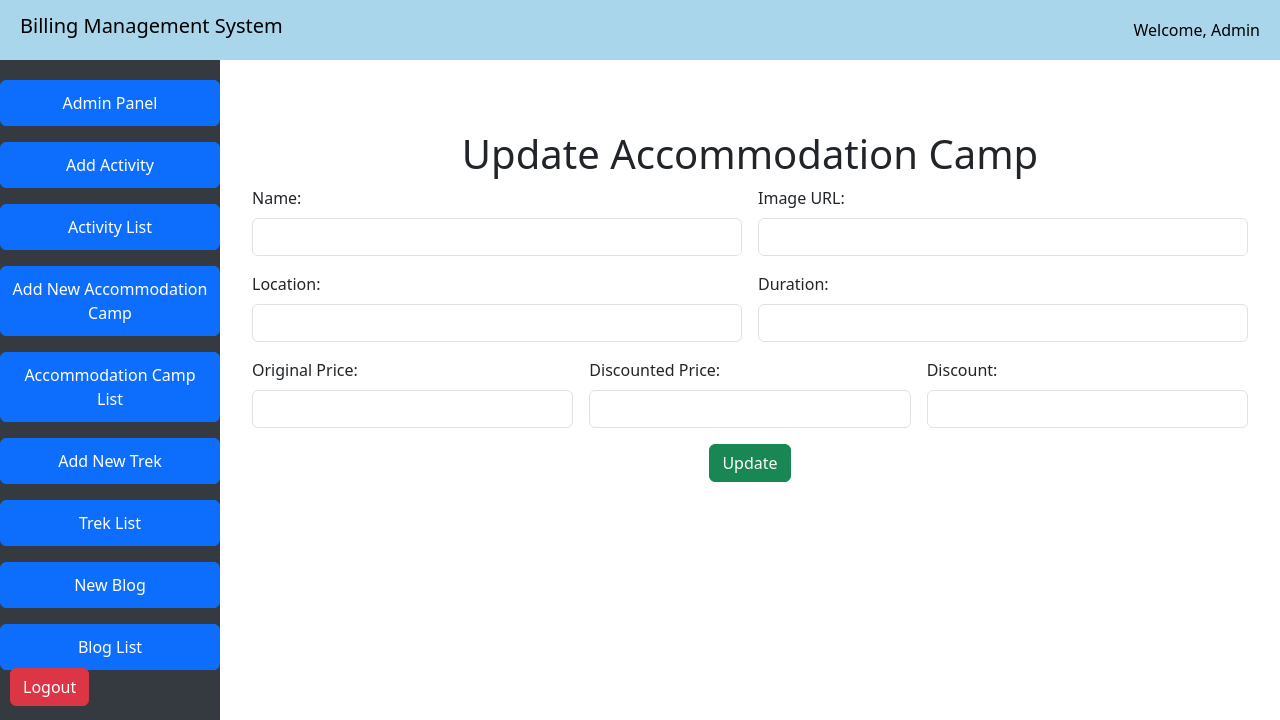
Repository: ruturajsurwase/Thymleaf-Projects
Page: http://localhost/update-accommodationcamp-form
The author's editor kept a copy of each file at every save. The page is drawn from the files as they stood at one save, then again after the next save.
The browser window is 1280 px wide. The pictures show the whole page.
The page is this project's Thymeleaf template; nobody is signed in. The template is opened directly, without the code that normally fills it, so the values that code supplies are empty.

Above is the page before, as saved 2024-12-16 08:43:15.

After the next save:
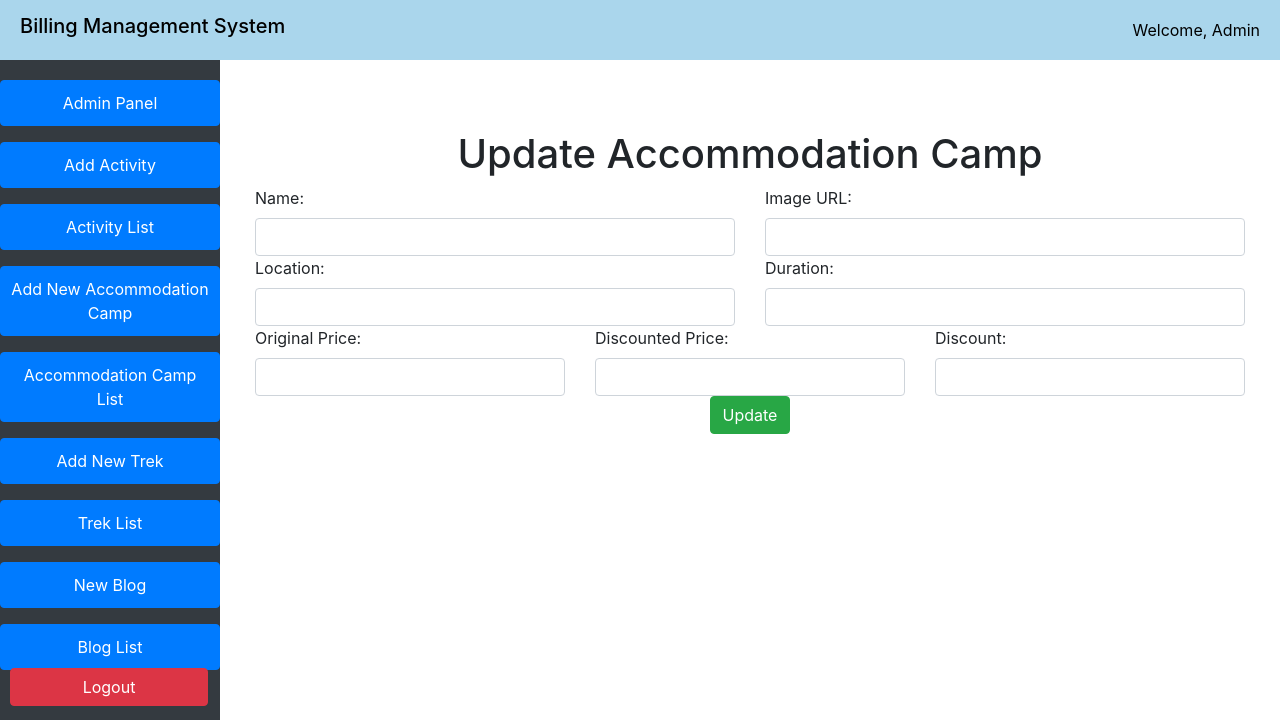
Saved 28 s later.
--- a/WEEKENDFEELS/src/main/resources/templates/update-accommodationcamp-form.html
+++ b/WEEKENDFEELS/src/main/resources/templates/update-accommodationcamp-form.html
@@ -1,90 +1,112 @@
 <!DOCTYPE html>
 <html xmlns:th="http://www.thymeleaf.org">
-
 <head>
-    <title>Update Accommodation Camp</title>
-    <link href="https://cdn.jsdelivr.net/npm/bootstrap@5.3.0-alpha3/dist/css/bootstrap.min.css" rel="stylesheet">
-</head>
+<title>Management System</title>
+<link
+	href="https://maxcdn.bootstrapcdn.com/bootstrap/4.5.2/css/bootstrap.min.css"
+	rel="stylesheet">
 <style>
 .container {
-    margin-top: 30px;
+	margin-top: 30px;
 }
 
 .topbar {
-    width: 100%;
-    height: 60px;
-    background-color: #aad6ec;
-    color: black;
-    position: fixed;
-    top: 0;
-    left: 0;
-    z-index: 1000;
-    display: flex;
-    align-items: center;
-    justify-content: space-between;
-    padding: 0 20px;
+	width: 100%;
+	height: 60px;
+	background-color: #aad6ec;
+	color: black;
+	position: fixed;
+	top: 0;
+	left: 0;
+	z-index: 1000;
+	display: flex;
+	align-items: center;
+	justify-content: space-between;
+	padding: 0 20px;
 }
 
 .sidebar {
-    height: 100vh;
-    position: fixed;
-    left: 0;
-    top: 60px;
-    background-color: #343a40;
-    color: white;
-    padding-top: 20px;
-    width: 220px;
+	height: 100vh;
+	position: fixed;
+	left: 0;
+	top: 60px;
+	background-color: #343a40;
+	color: white;
+	padding-top: 20px;
+	width: 220px;
 }
 
 .sidebar a {
-    color: white;
-    display: block;
-    padding: 10px;
-    text-decoration: none;
-    font-size: 16px;
+	color: white;
+	display: block;
+	padding: 10px;
+	text-decoration: none;
+	font-size: 16px;
 }
 
 .sidebar a:hover {
-    background-color: #81b1ce;
+	background-color: #81b1ce;
 }
 
 .content {
-    margin-left: 220px;
-    margin-top: 80px;
-    padding: 20px;
+	margin-left: 220px;
+	margin-top: 80px;
+	padding: 20px;
+}
+
+.table th, .table td {
+	vertical-align: middle;
 }
 
 .logout-btn {
-    position: absolute;
-    bottom: 74px;
-    width: 90%;
-    left: 10px;
+	position: absolute;
+	bottom: 74px;
+	width: 90%;
+	left: 10px;
 }
+
 </style>
+</head>
+<body>
 
-<body>
-    <!-- Topbar -->
-    <div class="topbar">
-        <h5>Billing Management System</h5>
-        <span>Welcome, Admin</span>
-    </div>
+	<!-- Topbar -->
+	<div class="topbar">
+		<div class="logo">
+			<h5> Billing Management System</h5>
+		</div>
+		<div class="user-info">
+			<span>Welcome, Admin</span>
+		</div>
+	</div>
 
-    <!-- Sidebar -->
-    <div class="sidebar">
+	<!-- Sidebar -->
+<div class="sidebar">
+
         <a href="/" class="btn btn-primary btn-block mb-3">Admin Panel</a>
-        <a href="/add" class="btn btn-primary btn-block mb-3">Add Activity</a>
-        <a href="/listActivities" class="btn btn-primary btn-block mb-3">Activity List</a>
-        <a href="/accommodations/add" class="btn btn-primary btn-block mb-3">Add New Accommodation Camp</a>
-        <a href="/accommodations" class="btn btn-primary btn-block mb-3">Accommodation Camp List</a>
-        <a href="/trek/add" class="btn btn-primary btn-block mb-3">Add New Trek</a>
-        <a href="/treks" class="btn btn-primary btn-block mb-3">Trek List</a>
-           <a href="/articles/new" class="btn btn-primary btn-block mb-3"> New Blog</a>
+
+		<a href="/add" 	class="btn btn-primary btn-block mb-3">Add Activity</a>
+
+		<a href="/listActivities" 	class="btn btn-primary btn-block mb-3">Activity List</a>
+
+		<a href="/accommodations/add" class="btn btn-primary btn-block mb-3">Add New Accommodation Camp</a>
+
+	   <a href="/accommodations" class="btn btn-primary btn-block mb-3">Accommodation Camp List</a>
+
+	    <a href="/trek/add" class="btn btn-primary btn-block mb-3">Add New Trek</a>
+
+	    <a href="/treks" class="btn btn-primary btn-block mb-3">Trek List</a>
+
+	     <a href="/articles/new" class="btn btn-primary btn-block mb-3"> New Blog</a>
 
 	  <a href="/articles/list" class="btn btn-primary btn-block mb-3">Blog List</a>
-        <form th:action="@{/logout}" method="post" class="logout-btn">
-            <button type="submit" class="btn btn-danger btn-block">Logout</button>
-        </form>
-    </div>
+
+		<!-- Logout Button -->
+    <form th:action="@{/logout}" method="post" class="logout-btn">
+        <button type="submit" class="btn btn-danger btn-block">Logout</button>
+    </form>
+
+
+</div>
 
     <!-- Main Content -->
     <div class="content">
